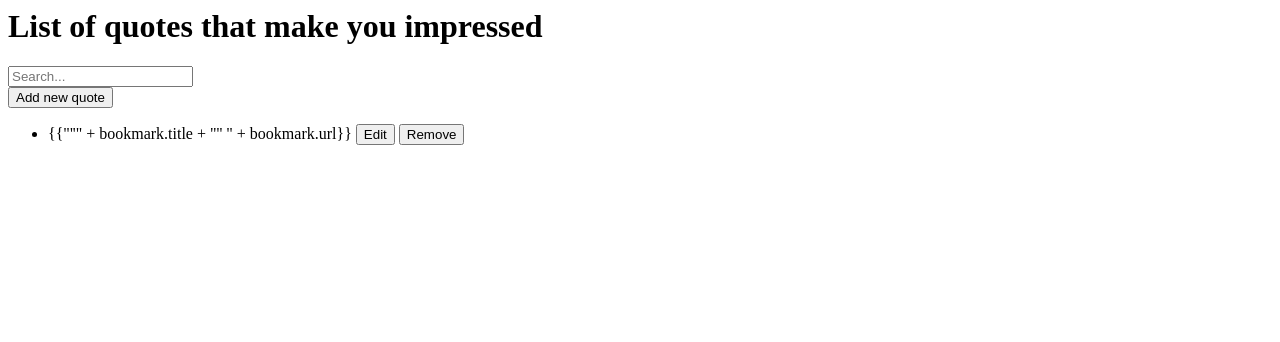
Repository: joannapl/LibraryOnline
Page: templates/quotes.html
The author's editor kept a record of every edit. The page is drawn from the files as they stood at one moment, then again after the next edit.
The browser window is 1280 px wide. The pictures show the whole page.

Above is the page before.

After the next edit:
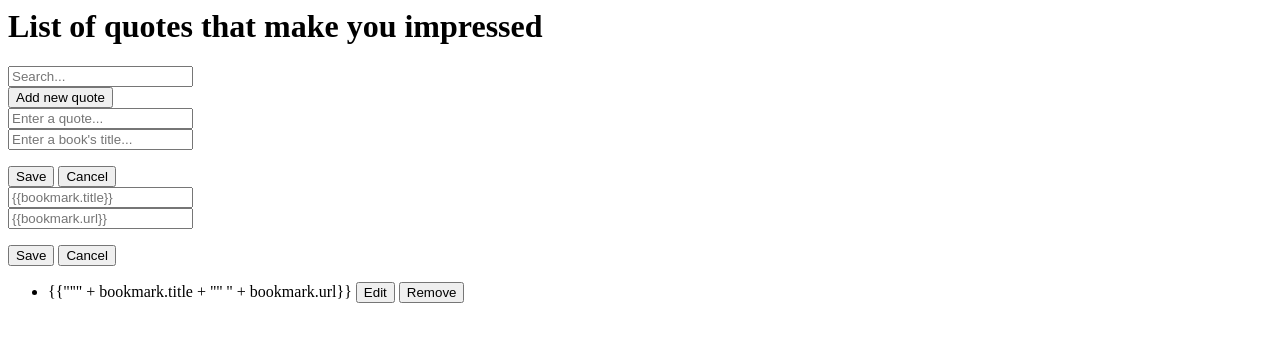
The edit:
--- a/templates/quotes.html
+++ b/templates/quotes.html
@@ -14,6 +14,32 @@
         </button>
     </div>
 
+    <div class="jumbotron" id="addDiv" ng-hide="hideCreate">
+        <form role="form">
+             <div class="form-group">
+                <input type="text" ng-model="bookmarkTitleAdd" class="form-control" id="bookmarkTitle" placeholder="Enter a quote...">
+            </div>
+            <div class="form-group">
+                <input type="text" ng-model="bookmarkUrlAdd" class="form-control" id="bookmarkUrl" placeholder="Enter a book's title...">
+            </div>
+        </form>
+       <button type="button" class="btn btn-primary" ng-click="addItem(bookmarkTitleAdd, bookmarkUrlAdd); cancelCreating(); resetForm()">Save</button>
+       <button type="button" class="btn btn-default" ng-click="cancelCreating(); resetForm()">Cancel</button>
+    </div>
+
+    <div class="jumbotron"  id="editDiv" ng-hide="hideEdit">
+        <form role="form">
+             <div class="form-group">
+                <input type="text" ng-model="bookmarkTitleEdit" class="form-control" id="bookmarkTitle" placeholder="{{bookmark.title}}">
+            </div>
+            <div class="form-group">
+                <input type="text" ng-model="bookmarkUrlEdit" class="form-control" id="bookmarkUrl" placeholder="{{bookmark.url}}">
+            </div>
+        </form>
+        <button type="button" class="btn btn-primary" ng-click="updateItem(); cancelEditing();">Save</button>
+        <button type="button" class="btn btn-default" ng-click="cancelEditing(); resetForm()">Cancel</button>
+    </div>
+
     <div class="page-header">
         <ul>
             <li class="listStyle" ng-repeat="(id, bookmark) in bookmarks | filter: search">
